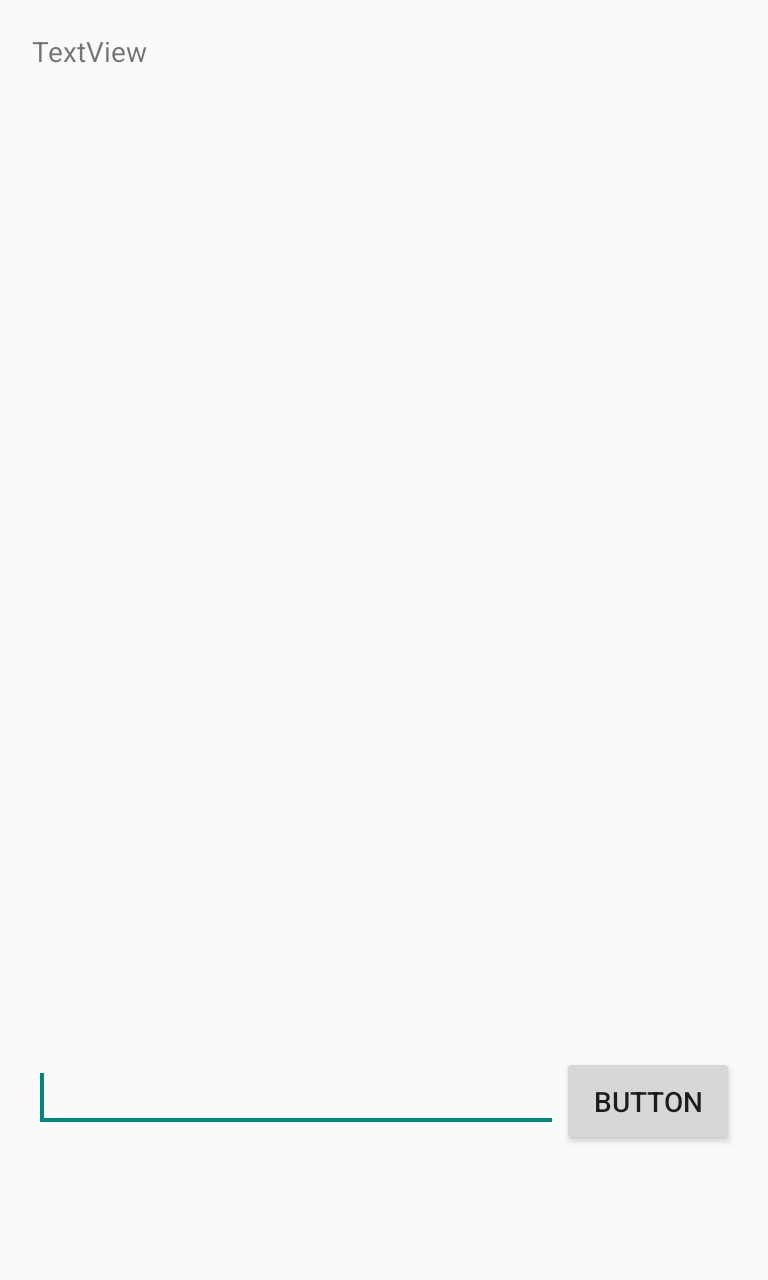
Repository: mg-badman/SPCS11
Layout: softproj_app_final/softwProj/res/layout/activity_main.xml
These files come from the project's save history. The layout is drawn as it stood at one moment and after the next save; the edit follows.
It is drawn on a 768 x 1280 px phone screen (xhdpi) without system bars, with theme AppTheme; the app's code is not run.

Above is the layout before, as saved 2015-06-01 02:25:31.

After the next save:
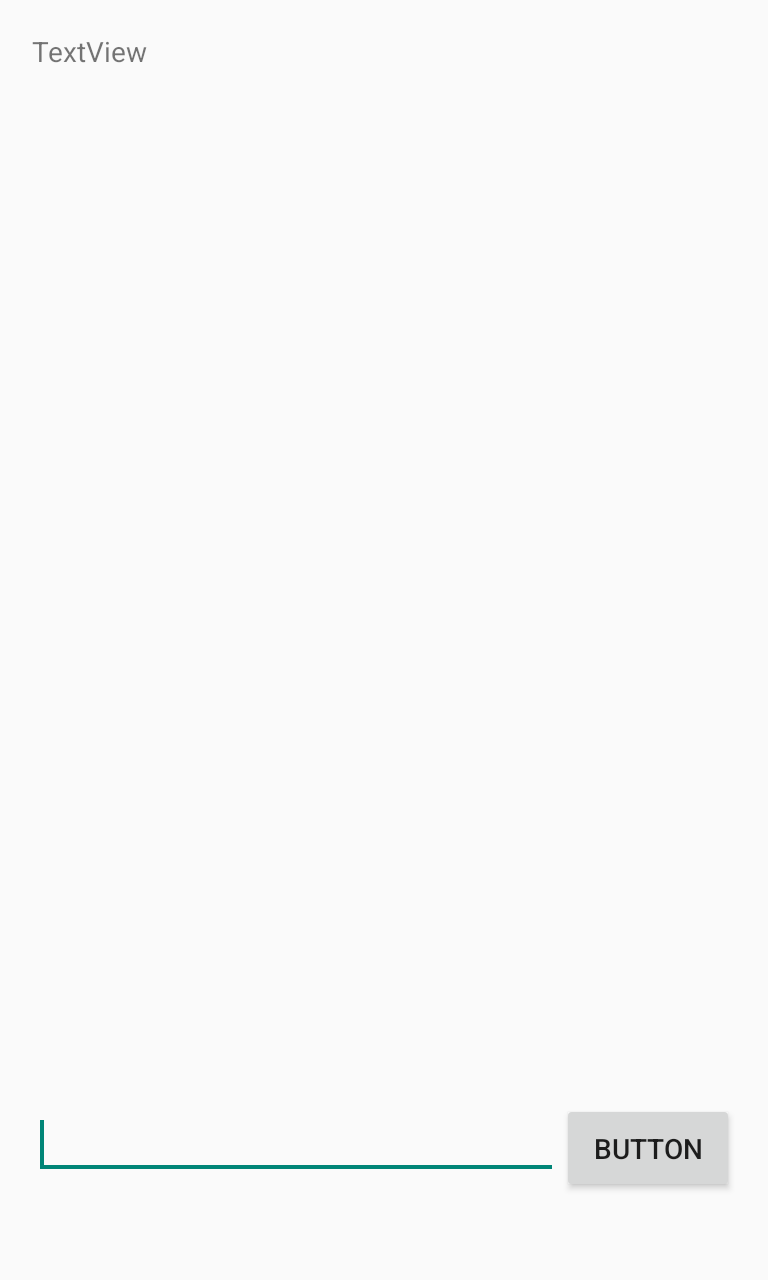
Saved 8 s later.
--- a/softproj_app_final/softwProj/res/layout/activity_main.xml
+++ b/softproj_app_final/softwProj/res/layout/activity_main.xml
@@ -25,7 +25,7 @@
         <LinearLayout
             android:layout_width="fill_parent"
             android:layout_height="wrap_content"
-            android:layout_weight="0.1">
+            android:layout_weight="0.05">
 
             <EditText
                 android:id="@+id/editText1"
